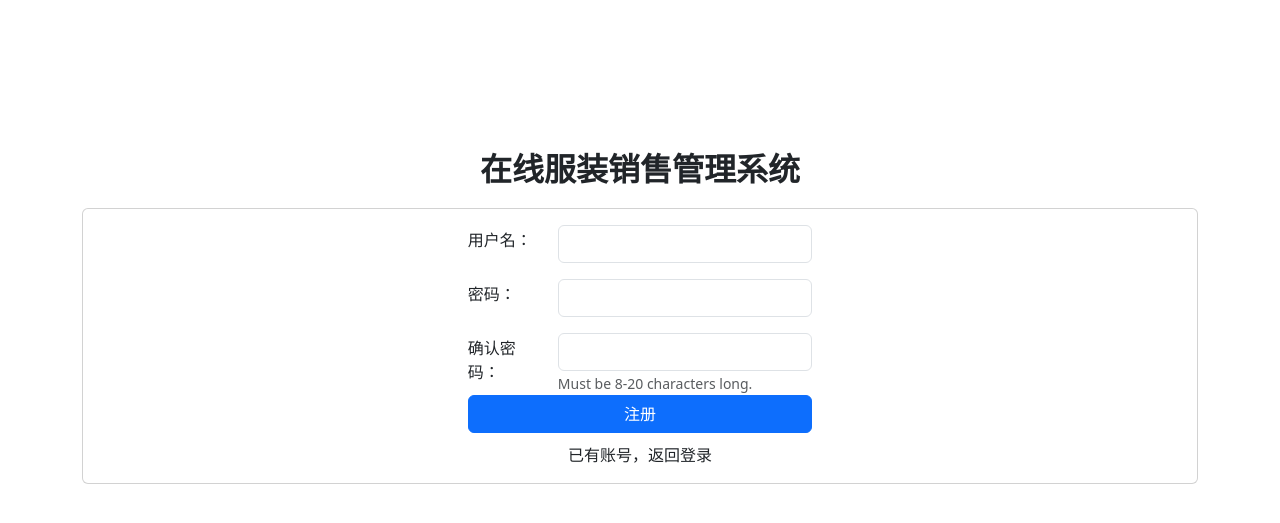
Repository: squawktop/CFS
Page: /user/register (app in web/)
These files come from the project's save history. The page is drawn as it stood at one moment and after a run of saves; the edit follows.
The browser window is 1280 px wide. The pictures show the whole page.
The project was rebuilt for these pictures with package versions that can differ from the ones it lists, and the page was loaded fresh each time. Also part of the build but not shown: web/vue.config.js, web/src/views/LoginView.vue, web/src/components/NavBar.vue, web/src/views/HomeView.vue, web/src/views/UsersManageView.vue, web/src/views/PersonalCenterView.vue, web/src/views/GoodsManageView.vue, web/src/views/OrdersManageView.vue and 1 more.

Above is the page before, as saved 2024-03-23 18:41:58.

After the next 3 saves:
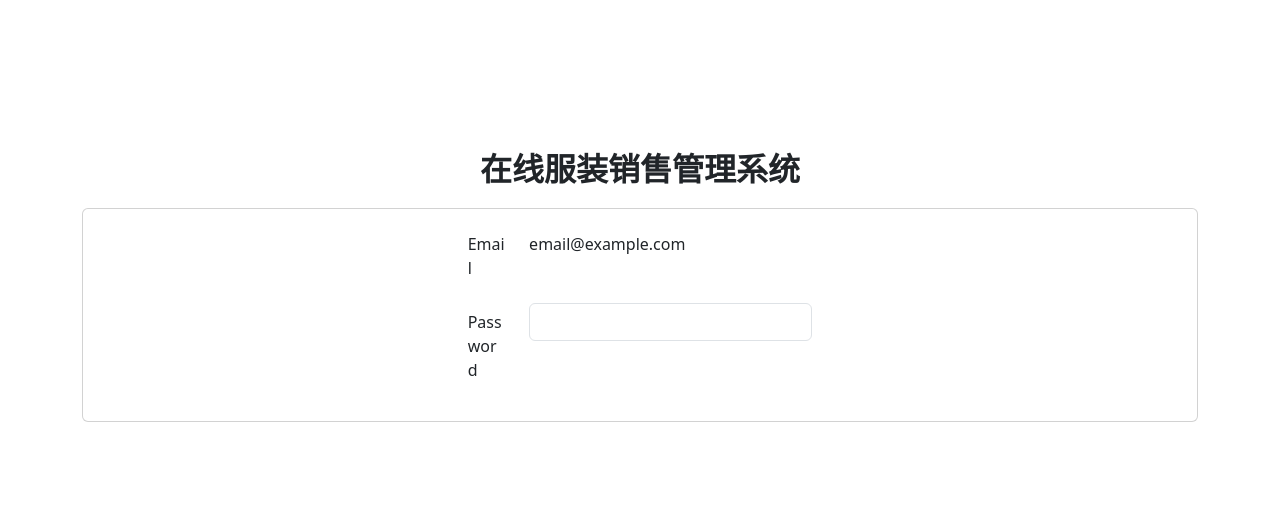
The 3 saves are shown as one change because they came seconds apart.
The last was saved 39 s later.
--- a/web/src/views/RegisterView.vue
+++ b/web/src/views/RegisterView.vue
@@ -25,34 +25,19 @@
                         <button type="submit" class="btn btn-primary">注册</button>
                         <div class="tip" @click="loginview">已有账号，返回登录</div> -->
 
-                        <div class="row g-3 align-items-center">
-                            <div class="col-sm-3">
-                                <label for="username" class="form-label">用户名：</label>
-                            </div>
-                            <div class="col-sm-9">
-                                <input type="text" id="username" class="form-control">
-                            </div>
-
-                            <div class="col-sm-3">
-                                <label for="password" class="form-label">密码：</label>
-                            </div>
-                            <div class="col-sm-9">
-                                <input type="password" id="password" class="form-control">
-                            </div>
-
-                            <div class="col-sm-3">
-                                <label for="confirmedPassword" class="form-label">确认密码：</label>
-                            </div>
-                            <div class="col-sm-9">
-                                <input type="password" id="confirmedPassword" class="form-control">
-                                <span id="passwordHelpInline" class="form-text text-muted">
-                                    Must be 8-20 characters long.
-                                </span>
+                        <div class="mb-3 row">
+                            <label for="staticEmail" class="col-sm-2 col-form-label">Email</label>
+                            <div class="col-sm-10">
+                                <input type="text" readonly class="form-control-plaintext" id="staticEmail"
+                                    value="email@example.com">
                             </div>
                         </div>
-
-                        <button type="submit" class="btn btn-primary">注册</button>
-                        <div class="tip" @click="loginview">已有账号，返回登录</div>
+                        <div class="mb-3 row">
+                            <label for="inputPassword" class="col-sm-2 col-form-label">Password</label>
+                            <div class="col-sm-10">
+                                <input type="password" class="form-control" id="inputPassword">
+                            </div>
+                        </div>
 
 
 
